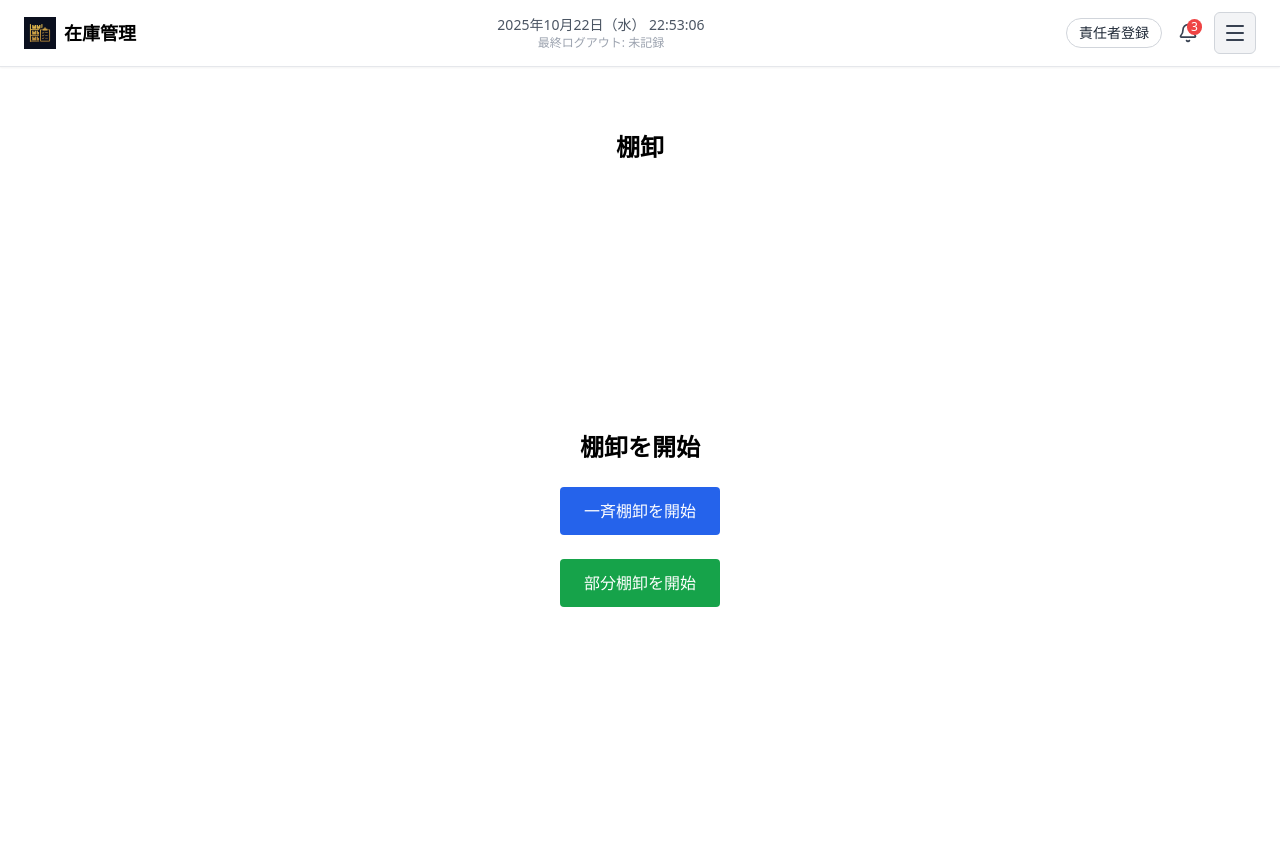
Repository: akauntozonghe-cpu/my-system
Page: /inventory/stocktaking
An editor plug-in stored every save of this project. The page is shown before and after the next save, followed by the edit.
The browser window is 1280 px wide. The pictures show the whole page.
The page's requests for data from a server got no answer. The project was rebuilt for these pictures with package versions that can differ from the ones it lists, and the page was loaded fresh each time. The framework's server and built-in components were replaced by stand-ins that run in the browser. No one was signed in, and anything a server would have sent is missing. Also part of the build but not shown: next.config.js, next.config.ts.

Above is the page before, as saved 2025-10-25 00:34:51.

### app/layout.tsx
// app/layout.tsx
import "./globals.css";
import Header from "@components/Header";
import { HeaderProvider } from "@context/HeaderContext";
import type { Metadata } from "next";

export const metadata: Metadata = {
  title: "在庫管理システム",
  description: "責任者情報を含む共通レイアウト",
};

export default function RootLayout({ children }: { children: React.ReactNode }) {
  return (
    <html lang="ja">
      <body>
        <HeaderProvider>
          {/* 共通ヘッダー */}
          <Header />

          {/* メインコンテンツ */}
          <main className="pt-16">
            {children}
          </main>
        </HeaderProvider>
      </body>
    </html>
  );
}

### app/(protected)/layout.tsx
// app/(protected)/layout.tsx
"use client";

import { ReactNode } from "react";

export default function ProtectedLayout({ children }: { children: ReactNode }) {
  return (
    <>
      {children}
    </>
  );
}

### app/(protected)/inventory/stocktaking/layout.tsx
export default function Layout({ children }: { children: React.ReactNode }) {
  return (
    <div className="h-screen flex flex-col">
      {children}
    </div>
  );
}

### app/(protected)/inventory/stocktaking/page.tsx
"use client";

import { useEffect, useState } from "react";
import { db } from "@lib/firebase";
import { collection, getDocs, query, where } from "firebase/firestore";
import Link from "next/link";
import StartSession from "./components/StartSession";

export default function StocktakingStartPage() {
  const [activeSession, setActiveSession] = useState<string | null>(null);

  useEffect(() => {
    const fetchActive = async () => {
      const q = query(
        collection(db, "stocktakingSessions"),
        where("status", "==", "in-progress")
      );
      const snap = await getDocs(q);
      if (!snap.empty) {
        setActiveSession(snap.docs[0].id); // 最初の進行中セッションを拾う
      }
    };
    fetchActive();
  }, []);

  return (
    <div className="flex flex-col items-center justify-center h-screen space-y-6">
      <h1 className="text-2xl font-bold">棚卸</h1>

      {activeSession && (
        <Link
          href={`/inventory/stocktaking/${activeSession}`}
          className="px-6 py-3 bg-orange-600 text-white rounded"
        >
          途中の棚卸を再開
        </Link>
      )}

      <StartSession />
    </div>
  );
}

### app/globals.css
@tailwind base;
@tailwind components;
@tailwind utilities;

/* =========================
   季節ごとの背景
   ========================= */
.season-spring { background: linear-gradient(180deg, #fdecef 0%, #f8f3e9 100%); }
.season-summer { background: linear-gradient(180deg, #eaf7ff 0%, #e6f2fb 100%); }
.season-autumn { background: linear-gradient(180deg, #fff3e6 0%, #f7ead8 100%); }
.season-winter { background: linear-gradient(180deg, #eef4fb 0%, #e9f0f8 100%); }

/* =========================
   カード（和紙×金縁）
   ========================= */
.ui-card {
  @apply relative bg-white/95 rounded-lg shadow-lg p-12 max-w-md w-[92%] border;
  border-color: #c5a64a;
  backdrop-filter: blur(6px);
}

/* =========================
   タイトル＋ver
   ========================= */
.title { @apply text-3xl font-serif font-bold tracking-widest text-gray-900 mb-4; }
.ver   { @apply ml-2 text-sm text-gray-500 align-top; }

/* =========================
   サブコピー
   ========================= */
.subtitle    { @apply text-lg text-gray-800 mb-1; }
.lead        { @apply text-base text-gray-700 mb-2; }
.season-copy { @apply text-sm text-gray-500 mb-8; }

/* =========================
   CTA ボタン（藍×金縁）
   ========================= */
.cta {
  @apply inline-block px-8 py-3 rounded-lg text-white font-medium text-lg shadow-md transition;
  background: linear-gradient(90deg, #1e3a8a, #3c4b9a);
  border: 1px solid #c5a64a;
}
.cta:hover {
  box-shadow: 0 10px 24px rgba(60, 75, 154, 0.35),
              0 0 0 2px rgba(197,166,74,0.35) inset;
  transform: translateY(-1px) scale(1.02);
}

/* =========================
   季節ごとの粒子アニメーション
   ========================= */

/* 春：桜の花びら */
.season-spring .particles {
  background-image:
    radial-gradient(rgba(255,182,193,0.7) 2px, transparent 2px),
    radial-gradient(rgba(197,166,74,0.4) 1px, transparent 1px);
  background-size: 120px 120px, 200px 200px;
  animation: float-spring 20s linear infinite;
}
@keyframes float-spring {
  from { background-position: 0 0, 50px 50px; }
  to   { background-position: 0 600px, 50px 650px; }
}

/* 夏：水しぶきや光の粒 */
.season-summer .particles {
  background-image:
    radial-gradient(rgba(2,136,209,0.6) 2px, transparent 2px),
    radial-gradient(rgba(255,255,255,0.4) 1px, transparent 1px);
  background-size: 100px 100px, 180px 180px;
  animation: float-summer 18s linear infinite;
}
@keyframes float-summer {
  from { background-position: 0 0, 80px 80px; }
  to   { background-position: 0 500px, 80px 580px; }
}

/* 秋：紅葉 */
.season-autumn .particles {
  background-image:
    radial-gradient(rgba(239,108,0,0.7) 2px, transparent 2px),
    radial-gradient(rgba(197,166,74,0.5) 1px, transparent 1px);
  background-size: 110px 110px, 190px 190px;
  animation: float-autumn 22s linear infinite;
}
@keyframes float-autumn {
  from { background-position: 0 0, 60px 60px; }
  to   { background-position: 0 650px, 60px 710px; }
}

/* 冬：雪の結晶 */
.season-winter .particles {
  background-image:
    radial-gradient(rgba(255,255,255,0.8) 2px, transparent 2px),
    radial-gradient(rgba(197,166,74,0.3) 1px, transparent 1px);
  background-size: 90px 90px, 160px 160px;
  animation: float-winter 25s linear infinite;
}
@keyframes float-winter {
  from { background-position: 0 0, 40px 40px; }
  to   { background-position: 0 700px, 40px 760px; }
}

### src/context/HeaderContext.tsx
"use client";
import { createContext, useContext, useState, useEffect, ReactNode } from "react";

type HeaderState = {
  userId?: string;
  role?: "admin" | "manager" | "user";  // ← 3種類に統一
  userName?: string;
  expiresAt?: number;
};

type HeaderContextType = HeaderState & {
  setHeaderInfo: (info: Partial<HeaderState>) => void;
  clearHeaderInfo: () => void;
};

const HeaderContext = createContext<HeaderContextType | null>(null);

export function HeaderProvider({ children }: { children: ReactNode }) {
  const [userId, setUserId] = useState("");
  const [role, setRole] = useState<"admin" | "manager" | "user" | undefined>(undefined);
  const [userName, setUserName] = useState("");
  const [expiresAt, setExpiresAt] = useState(0);

  // --- セッション時間（管理者が定める値、ここでは30分） ---
  const sessionDuration = 30 * 60 * 1000;

  const setHeaderInfo = (info: Partial<HeaderState>) => {
    if (info.userId !== undefined) {
      setUserId(info.userId);
      localStorage.setItem("uid", info.userId);
    }
    if (info.role !== undefined) {
      setRole(info.role);
      localStorage.setItem("role", info.role);
    }
    if (info.userName !== undefined) {
      setUserName(info.userName);
      localStorage.setItem("userName", info.userName);
    }
    if (info.expiresAt !== undefined) {
      setExpiresAt(info.expiresAt);
      localStorage.setItem("expiresAt", String(info.expiresAt));
    }
  };

  const clearHeaderInfo = () => {
    setUserId("");
    setRole("user");
    setUserName("");
    setExpiresAt(0);
    localStorage.clear();
  };

  // --- 初期化時に localStorage から復元 ---
  useEffect(() => {
    const storedUid = localStorage.getItem("uid");
    const storedRole = localStorage.getItem("role");
    const storedName = localStorage.getItem("userName");
    const storedExpires = localStorage.getItem("expiresAt");

    if (storedUid && storedRole && storedName && storedExpires) {
      if (Date.now() < Number(storedExpires)) {
        setUserId(storedUid);
        setRole(storedRole as "user" | "manager");
        setUserName(storedName);
        setExpiresAt(Number(storedExpires));
      } else {
        clearHeaderInfo(); // 有効期限切れならログアウト
      }
    }
  }, []);

  // --- 定期的に有効期限をチェック ---
  useEffect(() => {
    const timer = setInterval(() => {
      if (expiresAt && Date.now() > expiresAt) {
        clearHeaderInfo();
      }
    }, 60 * 1000); // 1分ごとにチェック
    return () => clearInterval(timer);
  }, [expiresAt]);

  // --- 無操作タイマー（クリックやキー入力で延長） ---
  useEffect(() => {
    const resetTimer = () => {
      if (userId) {
        const newExpires = Date.now() + sessionDuration;
        setHeaderInfo({ expiresAt: newExpires });
      }
    };
    window.addEventListener("click", resetTimer);
    window.addEventListener("keydown", resetTimer);
    return () => {
      window.removeEventListener("click", resetTimer);
      window.removeEventListener("keydown", resetTimer);
    };
  }, [userId, sessionDuration]);

  return (
    <HeaderContext.Provider
      value={{ userId, role, userName, expiresAt, setHeaderInfo, clearHeaderInfo }}
    >
      {children}
    </HeaderContext.Provider>
  );
}

export function useHeader() {
  const ctx = useContext(HeaderContext);
  if (!ctx) throw new Error("useHeader must be used within HeaderProvider");
  return ctx;
}

### src/lib/firebase.ts
import { initializeApp, getApps, getApp } from "firebase/app";
import { getFirestore } from "firebase/firestore";

const firebaseConfig = {
  apiKey: "AIzaSyAh4NelYVsR40H0s2dWWAiLYa6Tisjb24U",
  authDomain: "my-system-1cb39.firebaseapp.com",
  projectId: "my-system-1cb39",
  storageBucket: "my-system-1cb39.firebasestorage.app",
  messagingSenderId: "761518014871",
  appId: "1:761518014871:web:1d8fb270e92ceb487b44d2",
  measurementId: "G-PGDGT35PTM"
};

// すでに初期化済みならそれを使う
const app = !getApps().length ? initializeApp(firebaseConfig) : getApp();
const db = getFirestore(app);

export { app, db };

### app/(protected)/inventory/stocktaking/components/StartSession.tsx
"use client";

import { useRouter } from "next/navigation";
import { doc, setDoc } from "firebase/firestore";
import { db } from "@lib/firebase";
import { v4 as uuid } from "uuid";

export default function StartSession() {
  const router = useRouter();

  const startSession = async (type: "full" | "partial") => {
    const sessionId = new Date().toISOString().slice(0,10).replace(/-/g,"")
      + "-" + uuid().slice(0,3);

    // Firestoreにセッションメタを保存
    await setDoc(doc(db, "stocktakingSessions", sessionId), {
      sessionId,
      type,
      createdAt: new Date().toISOString(),
      status: "in-progress",
    });

    // 部分棚卸なら対象条件を選択する画面に遷移してもOK
    router.push(`/inventory/stocktaking/${sessionId}`);
  };

  return (
    <div className="flex flex-col items-center justify-center h-screen space-y-6">
      <h1 className="text-2xl font-bold">棚卸を開始</h1>
      <button
        onClick={() => startSession("full")}
        className="px-6 py-3 bg-blue-600 text-white rounded"
      >
        一斉棚卸を開始
      </button>
      <button
        onClick={() => startSession("partial")}
        className="px-6 py-3 bg-green-600 text-white rounded"
      >
        部分棚卸を開始
      </button>
    </div>
  );
}

### src/lib/logging.ts
// lib/logging.ts
import { db } from "src/lib/firebase";
import { collection, addDoc, serverTimestamp } from "firebase/firestore";

export const logAction = async (
  uid: string | null,
  userName: string,
  role: string | null,
  action: string,
  details: any = {}
) => {
  try {
    await addDoc(collection(db, "auditLogs"), {
      uid: uid || "unknown",
      userName,
      role: role || "guest",
      action,
      details,
      timestamp: serverTimestamp(),
    });
  } catch (err) {
    console.error("監査ログ記録に失敗しました", err);
  }
};

Loaded but not shown: tailwind.config.js (46 lines, source omitted); components/Header.tsx (314 lines, source omitted)

After the next save:
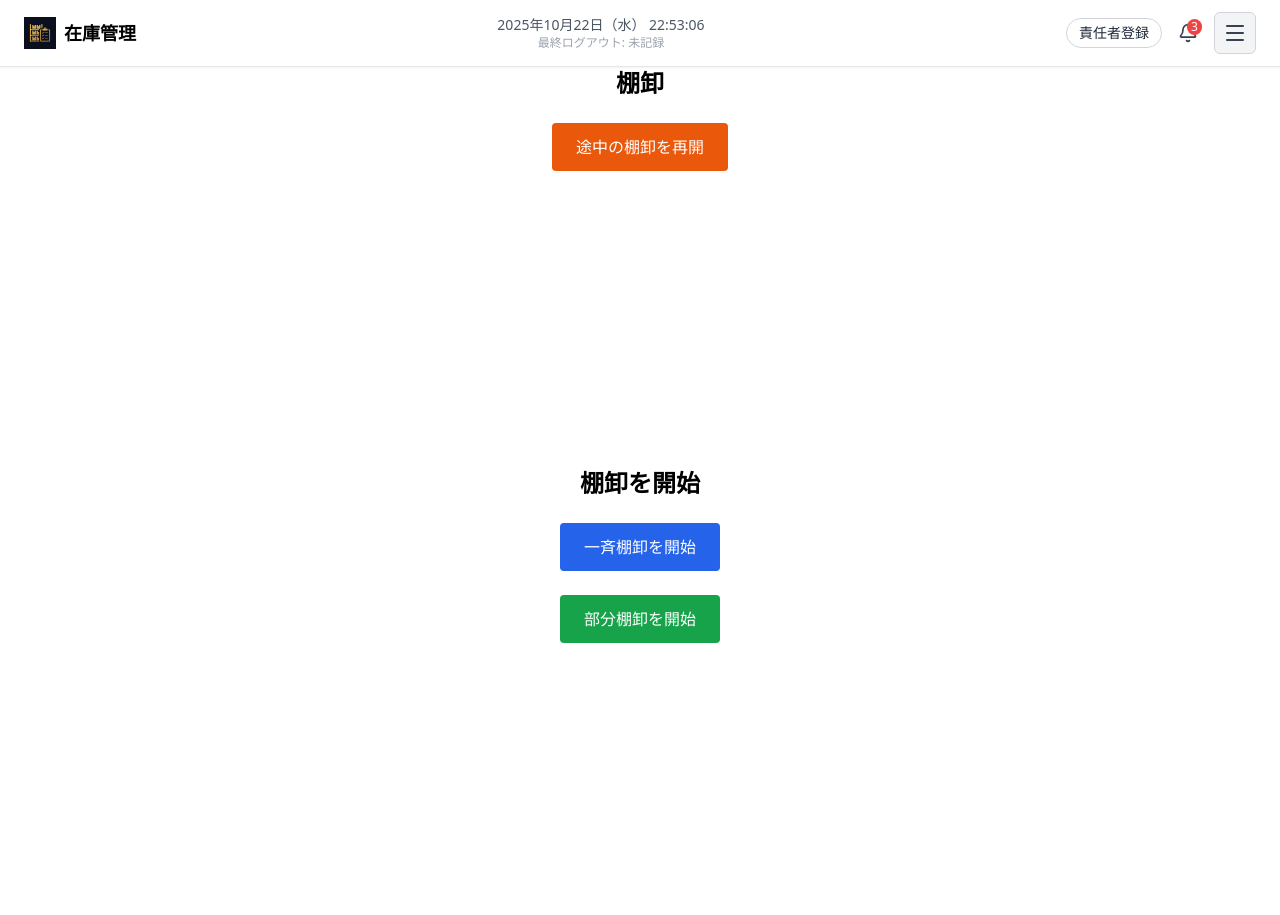
Saved 3 min 51 s later.
--- a/app/(protected)/inventory/stocktaking/page.tsx
+++ b/app/(protected)/inventory/stocktaking/page.tsx
@@ -2,41 +2,87 @@
 
 import { useEffect, useState } from "react";
 import { db } from "@lib/firebase";
-import { collection, getDocs, query, where } from "firebase/firestore";
-import Link from "next/link";
+import {
+  collection,
+  getDocs,
+  query,
+  where,
+  orderBy,
+} from "firebase/firestore";
+import { useRouter } from "next/navigation";
 import StartSession from "./components/StartSession";
 
+type SessionMeta = {
+  id: string;
+  type: "full" | "partial";
+  createdAt: string;
+  status: string;
+};
+
 export default function StocktakingStartPage() {
-  const [activeSession, setActiveSession] = useState<string | null>(null);
+  const [activeSessions, setActiveSessions] = useState<SessionMeta[]>([]);
+  const router = useRouter();
 
   useEffect(() => {
     const fetchActive = async () => {
       const q = query(
         collection(db, "stocktakingSessions"),
-        where("status", "==", "in-progress")
+        where("status", "==", "in-progress"),
+        orderBy("createdAt", "desc")
       );
       const snap = await getDocs(q);
-      if (!snap.empty) {
-        setActiveSession(snap.docs[0].id); // 最初の進行中セッションを拾う
-      }
+      const sessions = snap.docs.map((doc) => ({
+        id: doc.id,
+        ...(doc.data() as Omit<SessionMeta, "id">),
+      }));
+      setActiveSessions(sessions);
     };
     fetchActive();
   }, []);
+
+  const handleResume = () => {
+    if (activeSessions.length === 0) {
+      alert("現在、進行中の棚卸は存在しません");
+      // ここで journal に「再開試行」を記録しても良い
+      return;
+    }
+    // 複数ある場合は最新を再開（必要なら選択画面に拡張可能）
+    router.push(`/inventory/stocktaking/${activeSessions[0].id}`);
+  };
 
   return (
     <div className="flex flex-col items-center justify-center h-screen space-y-6">
       <h1 className="text-2xl font-bold">棚卸</h1>
 
-      {activeSession && (
-        <Link
-          href={`/inventory/stocktaking/${activeSession}`}
-          className="px-6 py-3 bg-orange-600 text-white rounded"
-        >
-          途中の棚卸を再開
-        </Link>
+      {/* 常時表示する再開ボタン */}
+      <button
+        onClick={handleResume}
+        className="px-6 py-3 bg-orange-600 text-white rounded"
+      >
+        途中の棚卸を再開
+      </button>
+
+      {/* 進行中セッションがある場合は一覧も表示 */}
+      {activeSessions.length > 0 && (
+        <div className="space-y-2 mt-4">
+          <h2 className="text-lg font-semibold">進行中の棚卸一覧</h2>
+          {activeSessions.map((s) => (
+            <button
+              key={s.id}
+              onClick={() => router.push(`/inventory/stocktaking/${s.id}`)}
+              className="block w-full px-6 py-3 bg-orange-500 text-white rounded"
+            >
+              {s.type === "full" ? "一斉棚卸" : "部分棚卸"}
+              （開始: {new Date(s.createdAt).toLocaleString("ja-JP")}）
+            </button>
+          ))}
+        </div>
       )}
 
-      <StartSession />
+      {/* 新規開始 */}
+      <div className="mt-6">
+        <StartSession />
+      </div>
     </div>
   );
 }
